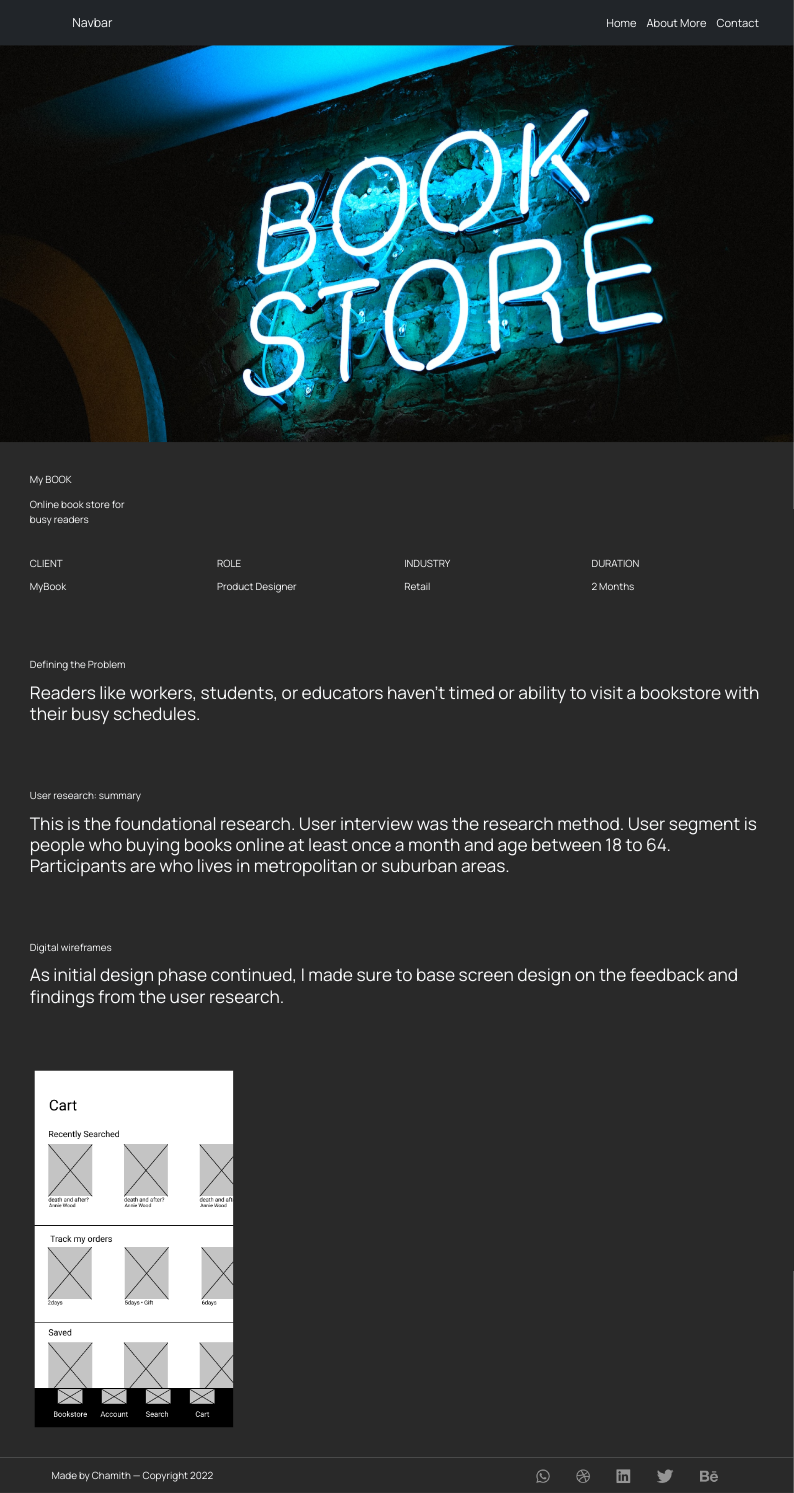
Repository: Realchamithweb/chamith-html
Page: work.html
The author's editor kept a copy of each file at every save. The page is drawn from the files as they stood at one save, then again after a run of saves.
The browser window is 1280 px wide. The pictures show the whole page, at 62% of full size.

Above is the page before, as saved 2023-01-24 07:32:40.

After the next 2 saves:
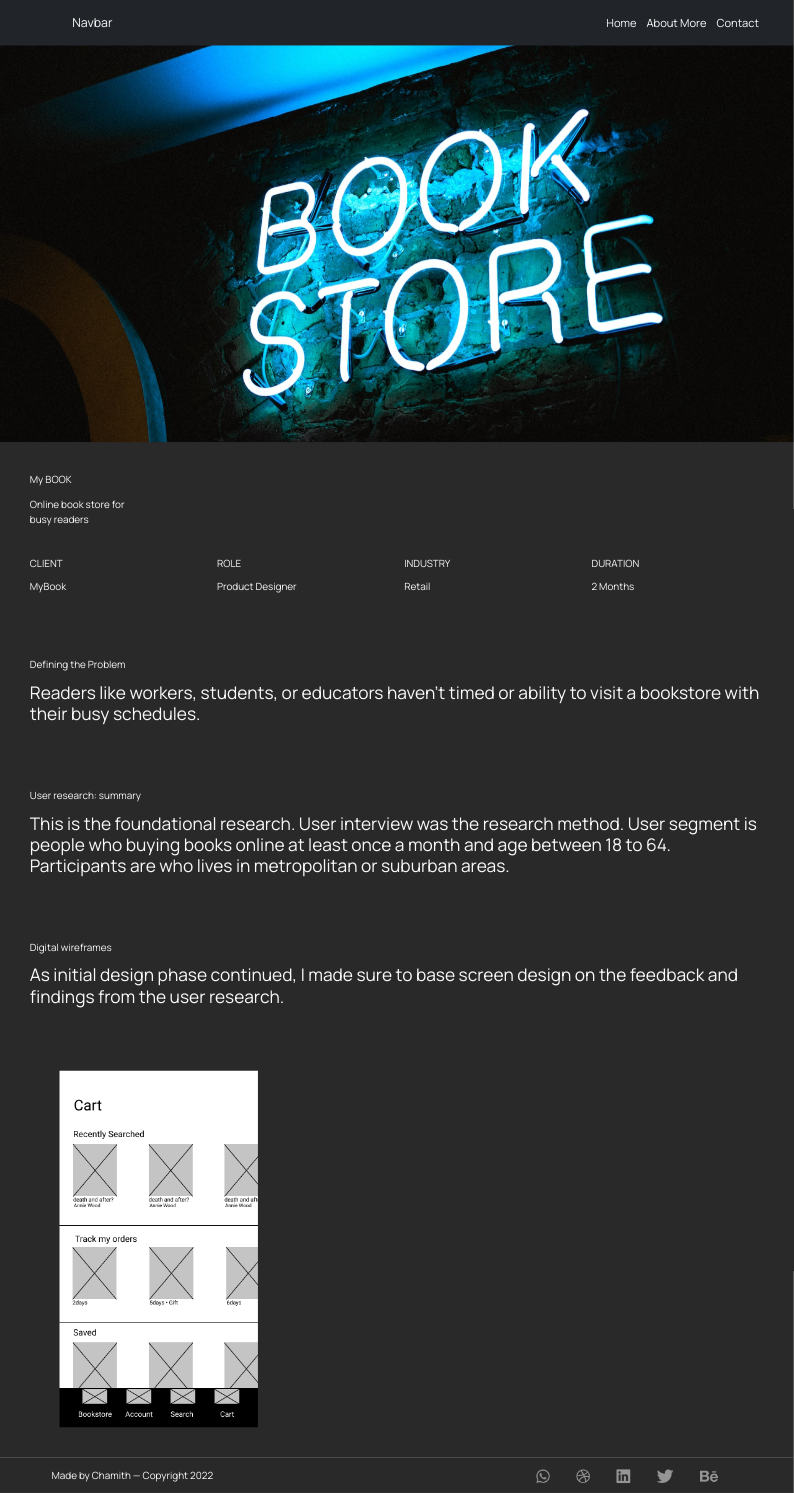
The 2 saves are shown as one change because they came seconds apart.
The last was saved 12 s later.
--- a/work.html
+++ b/work.html
@@ -94,7 +94,7 @@
             </section>
             <section>
                 <div class="row p-5">
-                    <div class="col-lg-4 ms-2">
+                    <div class="col-lg-4 ms-5">
                         <img src="/inc/Cart.png">
                     </div>
                     <div class="col-lg-4">
